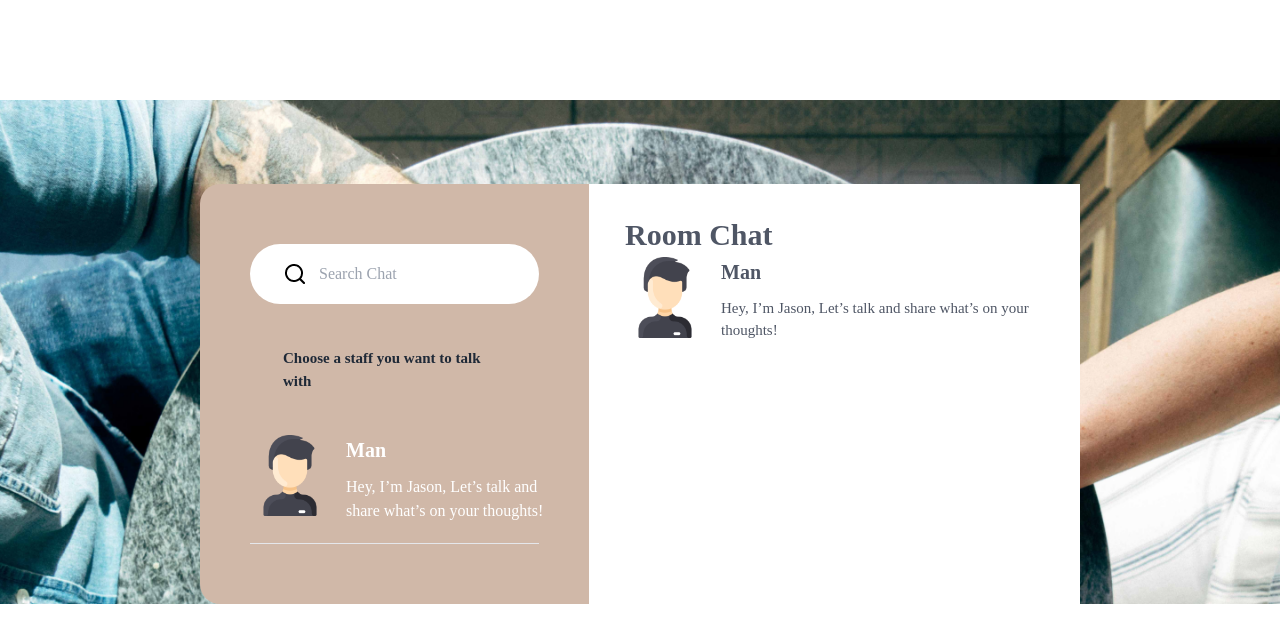
Repository: boykebn/fw12-collab2-FRONTEND
Page: /chat (app in our/)
The author's editor kept a copy of each file at every save. The page is drawn from the files as they stood at one save, then again after the next save.
The browser window is 1280 px wide. The pictures show the whole page.
The project was rebuilt for these pictures with package versions that can differ from the ones it lists, and the page was loaded fresh each time. The framework's server and built-in components were replaced by stand-ins that run in the browser. Also part of the build but not shown: our/next.config.js.

Above is the page before, as saved 2023-01-01 00:07:13.

After the next save:
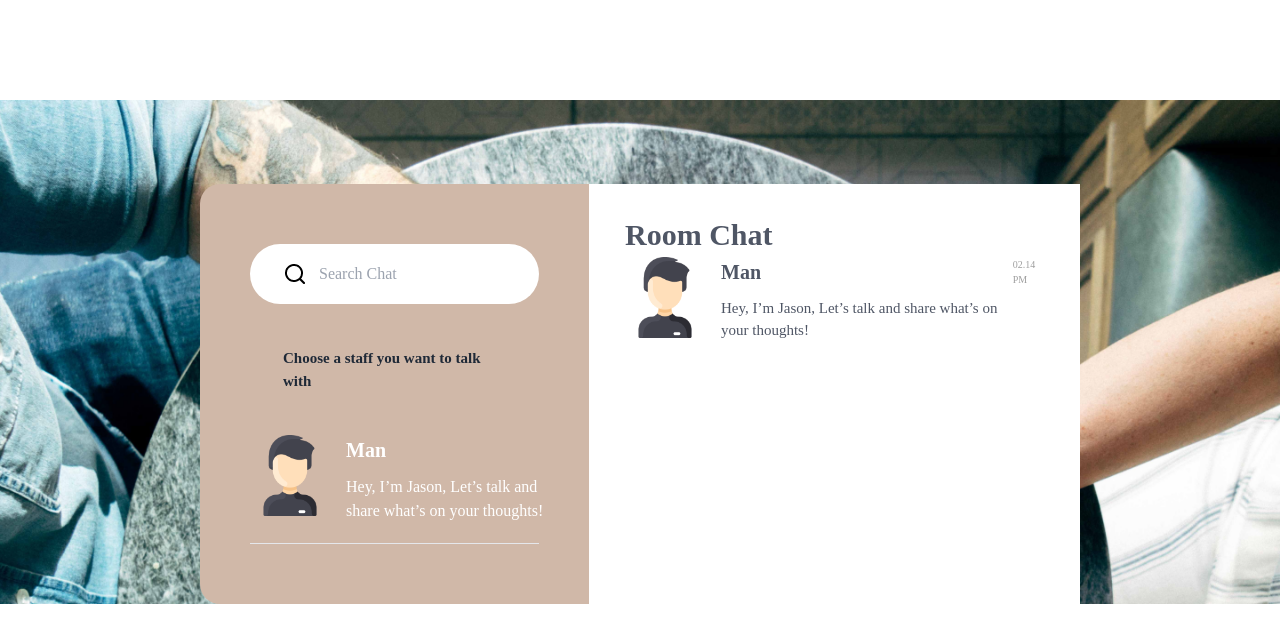
Saved 118 s later.
--- a/our/pages/chat.js
+++ b/our/pages/chat.js
@@ -51,6 +51,9 @@ const Chat = () => {
                     thoughts!
                   </p>
                 </div>
+                <span className="text-[#9F9F9F] text-[10px] leading-[15px]">
+                  02.14 PM
+                </span>
               </div>
               <div></div>
             </div>
